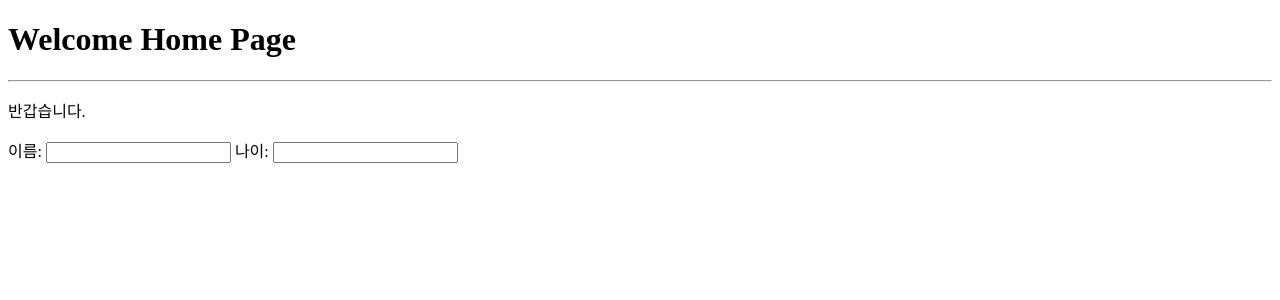
Repository: ghkden55/Green2
Page: http://localhost/test/home.jsp
These files come from the project's save history. The page is drawn as it stood at one moment and after the next save; the edit follows.
The browser window is 1280 px wide. The pictures show the whole page.
The page is served by Tomcat 9.

Above is the page before, as saved 2024-01-31 05:18:25.

After the next save:
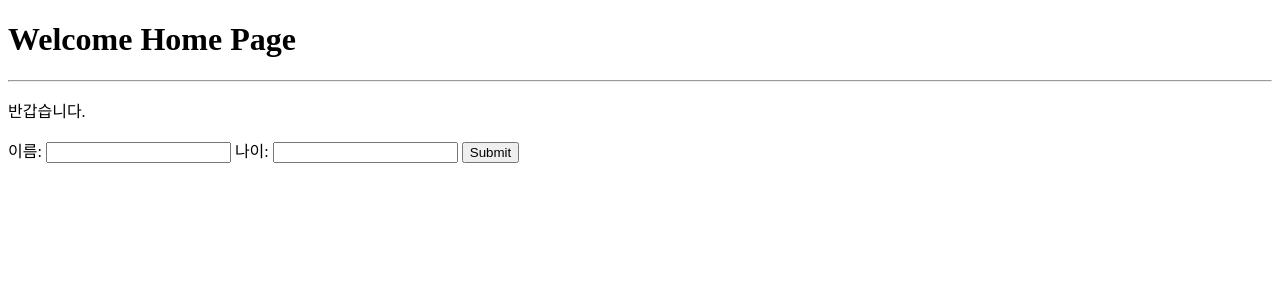
Saved 52 s later.
--- a/ws_jsp/test/src/main/webapp/home.jsp
+++ b/ws_jsp/test/src/main/webapp/home.jsp
@@ -17,7 +17,7 @@
 <input name="name" type="text">
 나이:
 <input name="age" type="text">
-<submit>
+<input type="submit">
 </form>
 </body>
 </html>
